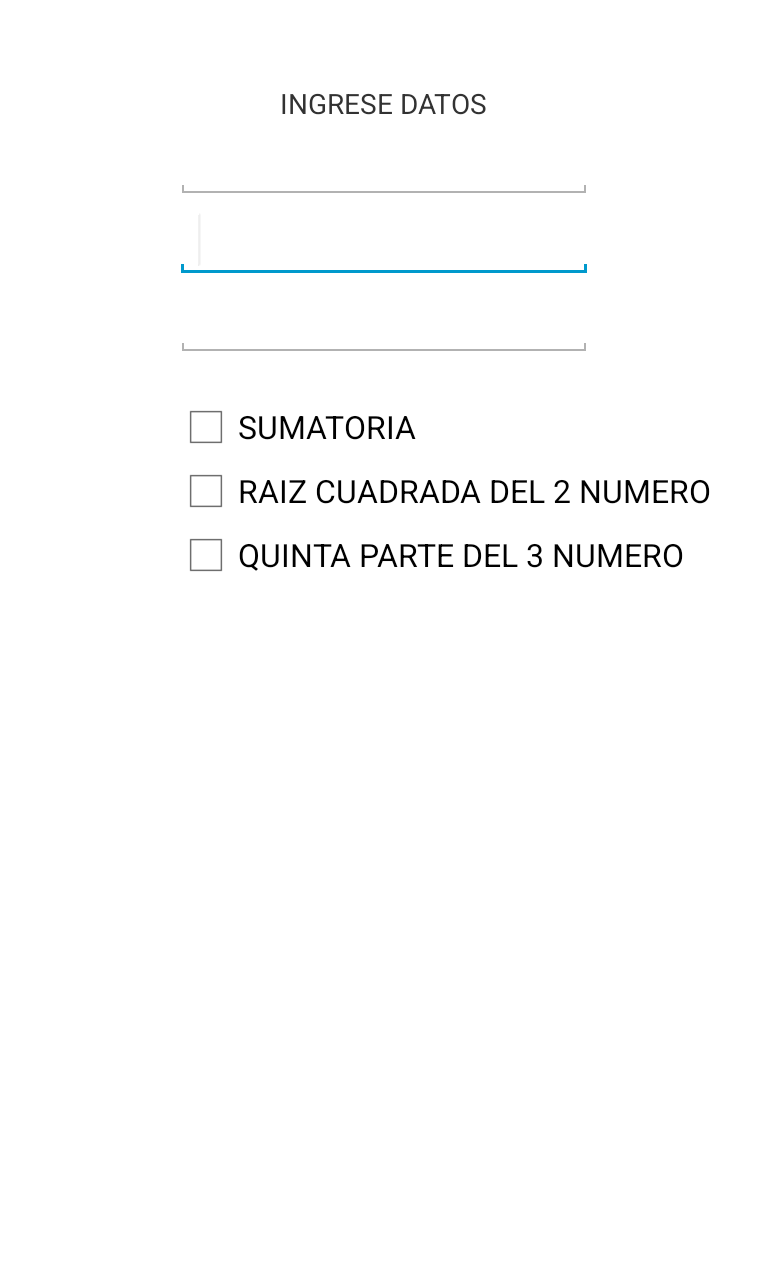
Repository: dev-lusaja/Clases-Android
Layout: Android.Clase3/res/layout/main.xml
These files come from the project's save history. The layout is drawn as it stood at one moment and after the next save; the edit follows.
It is drawn on a 768 x 1280 px phone screen (xhdpi) without system bars, with theme AppTheme; the app's code is not run.

Above is the layout before, as saved 2017-04-08 23:14:58.

After the next save:
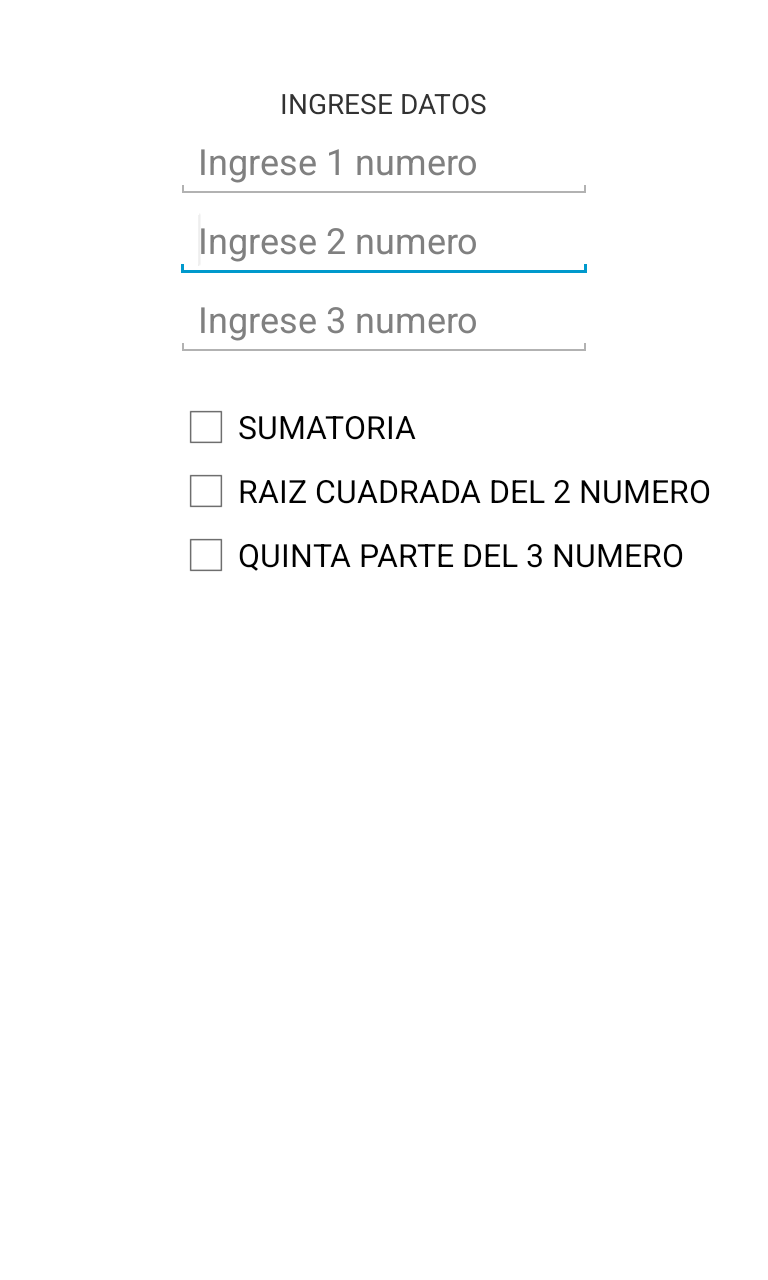
Saved 2 min 38 s later.
--- a/Android.Clase3/res/layout/main.xml
+++ b/Android.Clase3/res/layout/main.xml
@@ -23,7 +23,8 @@
         android:layout_height="wrap_content"
         android:layout_below="@+id/lbl1"
         android:layout_centerHorizontal="true"
-        android:ems="10" />
+        android:ems="10"
+        android:hint="Ingrese 1 numero"/>
 
     <EditText
         android:id="@+id/txt2"
@@ -31,7 +32,8 @@
         android:layout_height="wrap_content"
         android:layout_alignLeft="@+id/txt1"
         android:layout_below="@+id/txt1"
-        android:ems="10" >
+        android:ems="10"
+        android:hint="Ingrese 2 numero">
 
         <requestFocus />
     </EditText>
@@ -42,7 +44,8 @@
         android:layout_height="wrap_content"
         android:layout_alignLeft="@+id/txt2"
         android:layout_below="@+id/txt2"
-        android:ems="10" />
+        android:ems="10"
+        android:hint="Ingrese 3 numero"/>
 
     <CheckBox
         android:id="@+id/chk3"
